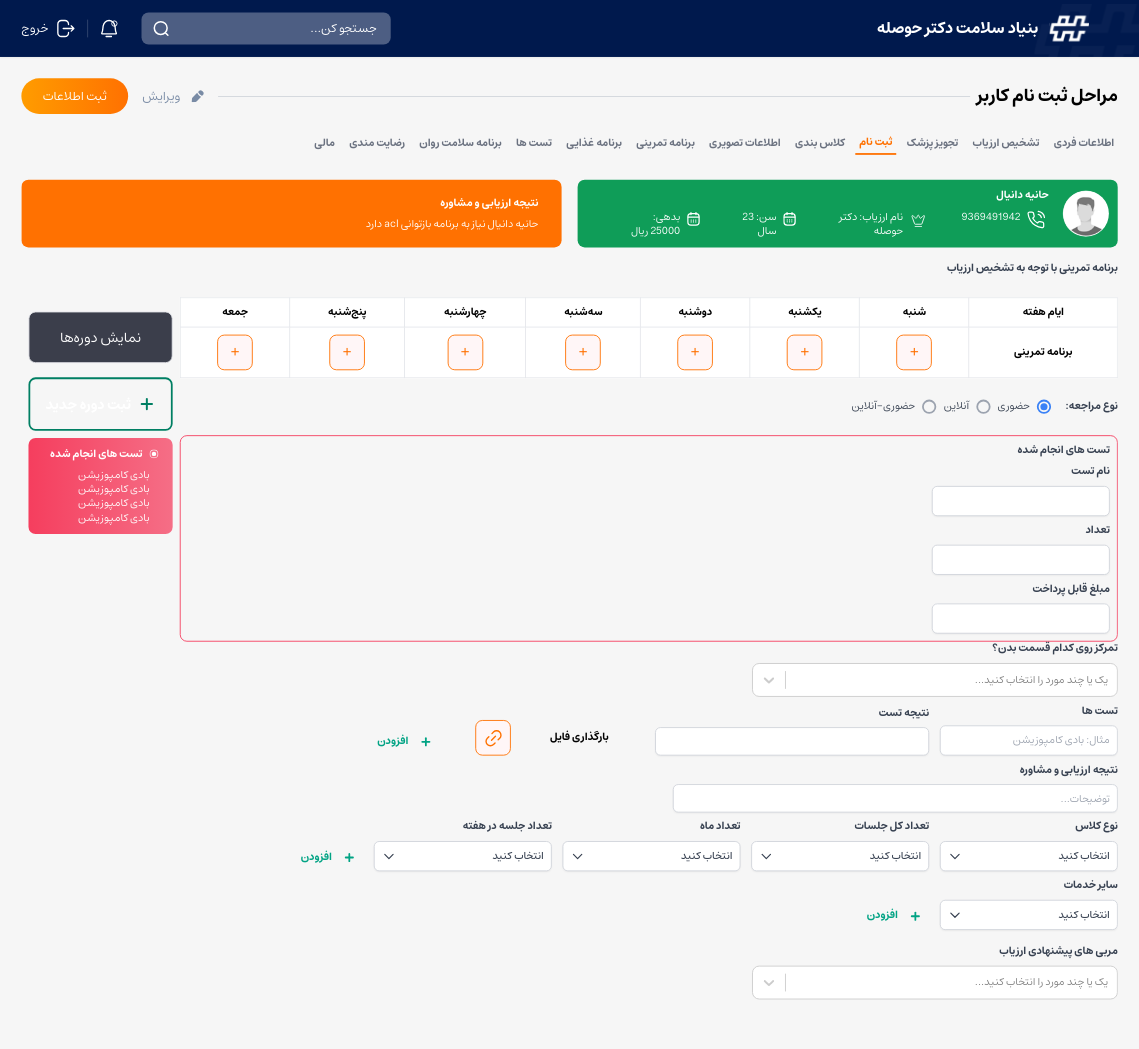
Repository: mirnajafi/ERP_hoseleh_V1.0
Page: /register, after clicking the first element matching `div.flex > :nth-child(4)`
The author's editor kept a copy of each file at every save. The page is drawn from the files as they stood at one save, then again after the next save.
The browser window is 1280 px wide. The pictures show the whole page, at 89% of full size.
Some web fonts or font styles are not loaded; a fallback is used. The project was rebuilt for these pictures with package versions that can differ from the ones it lists, and the page was loaded fresh each time. The framework's server and built-in components were replaced by stand-ins that run in the browser. Also part of the build but not shown: next.config.mjs, src/components/icons/trash.tsx, src/components/weekTable/weekTable.css, src/components/icons/copy.tsx, src/components/recognitionEvaluator/recognitionEvaluator.tsx.

Above is the page before, as saved 2025-02-28 23:49:11.

After the next save:
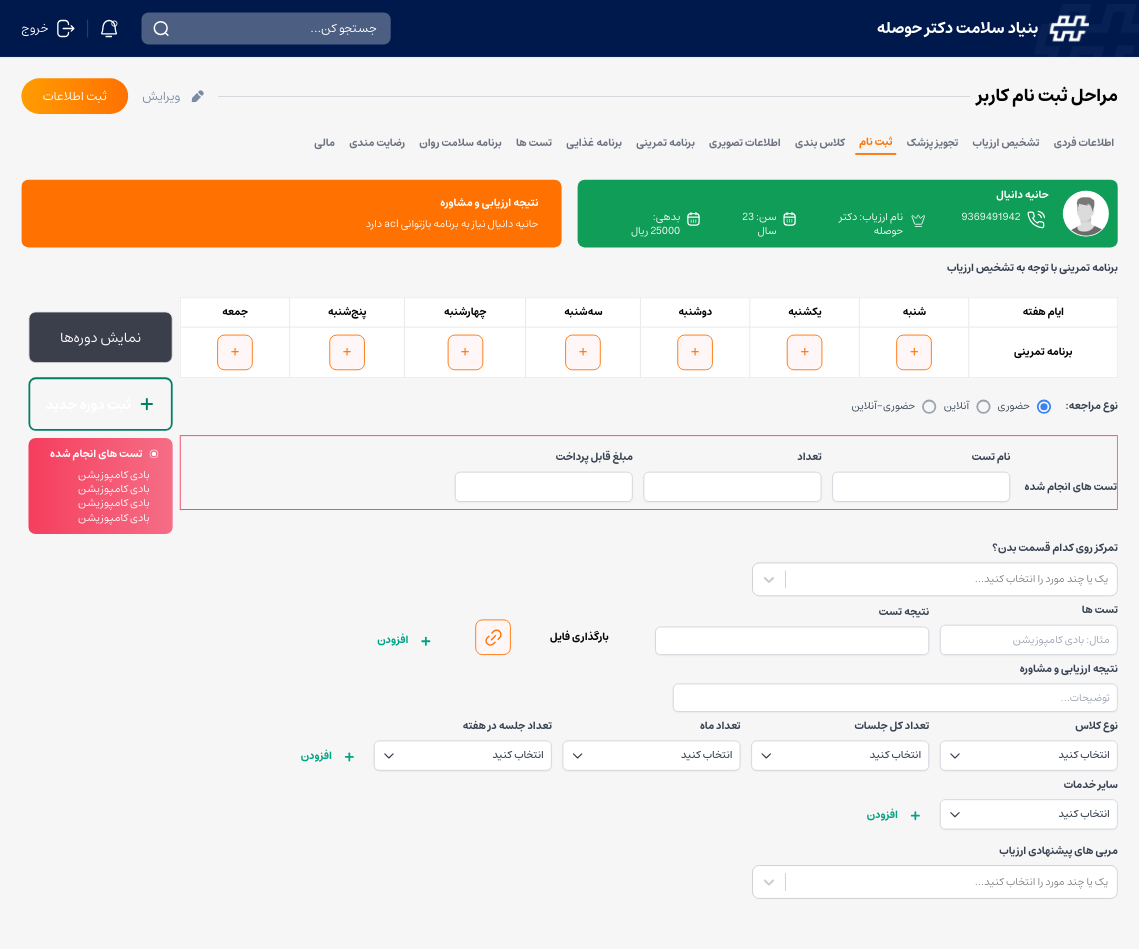
Saved 15 s later.
--- a/src/components/registration/registration.tsx
+++ b/src/components/registration/registration.tsx
@@ -81,8 +81,8 @@
                     </div>
 
 
-                    <div className="w-full xl:py-2 my-0  flex flex-col  border border-[#F53E5E] rounded-[8px] p-[8px]">
-                        <label className="text-xs font-bold text-gray-700 ml-4">تست های انجام شده</label>
+                    <div className="w-full xl:py-2 my-0  flex flex-col xl:flex-row xl:justify-start xl:items-end border border-[#F53E5E] ro">
+                        <label className="my-2 text-xs font-bold text-gray-700 ml-4">تست های انجام شده</label>
 
                         <Input
                             label="نام تست"

After the save that followed:
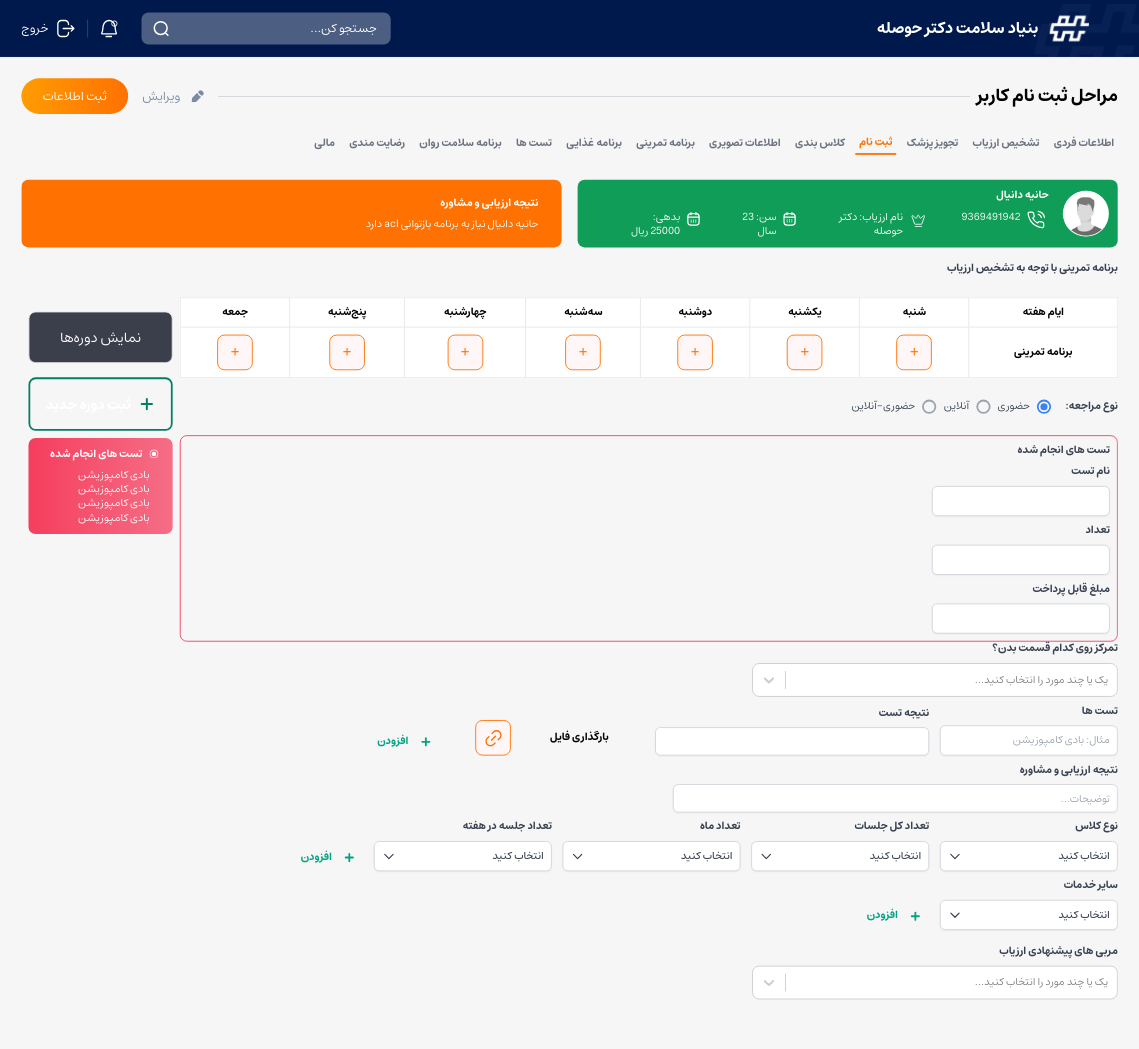
Saved 6 s later.
--- a/src/components/registration/registration.tsx
+++ b/src/components/registration/registration.tsx
@@ -81,8 +81,8 @@
                     </div>
 
 
-                    <div className="w-full xl:py-2 my-0  flex flex-col xl:flex-row xl:justify-start xl:items-end border border-[#F53E5E] ro">
-                        <label className="my-2 text-xs font-bold text-gray-700 ml-4">تست های انجام شده</label>
+                    <div className="w-full xl:py-2 my-0  flex flex-col  border border-[#F53E5E] rounded-[8px] p-[8px]">
+                        <label className="text-xs font-bold text-gray-700 ml-4">تست های انجام شده</label>
 
                         <Input
                             label="نام تست"
